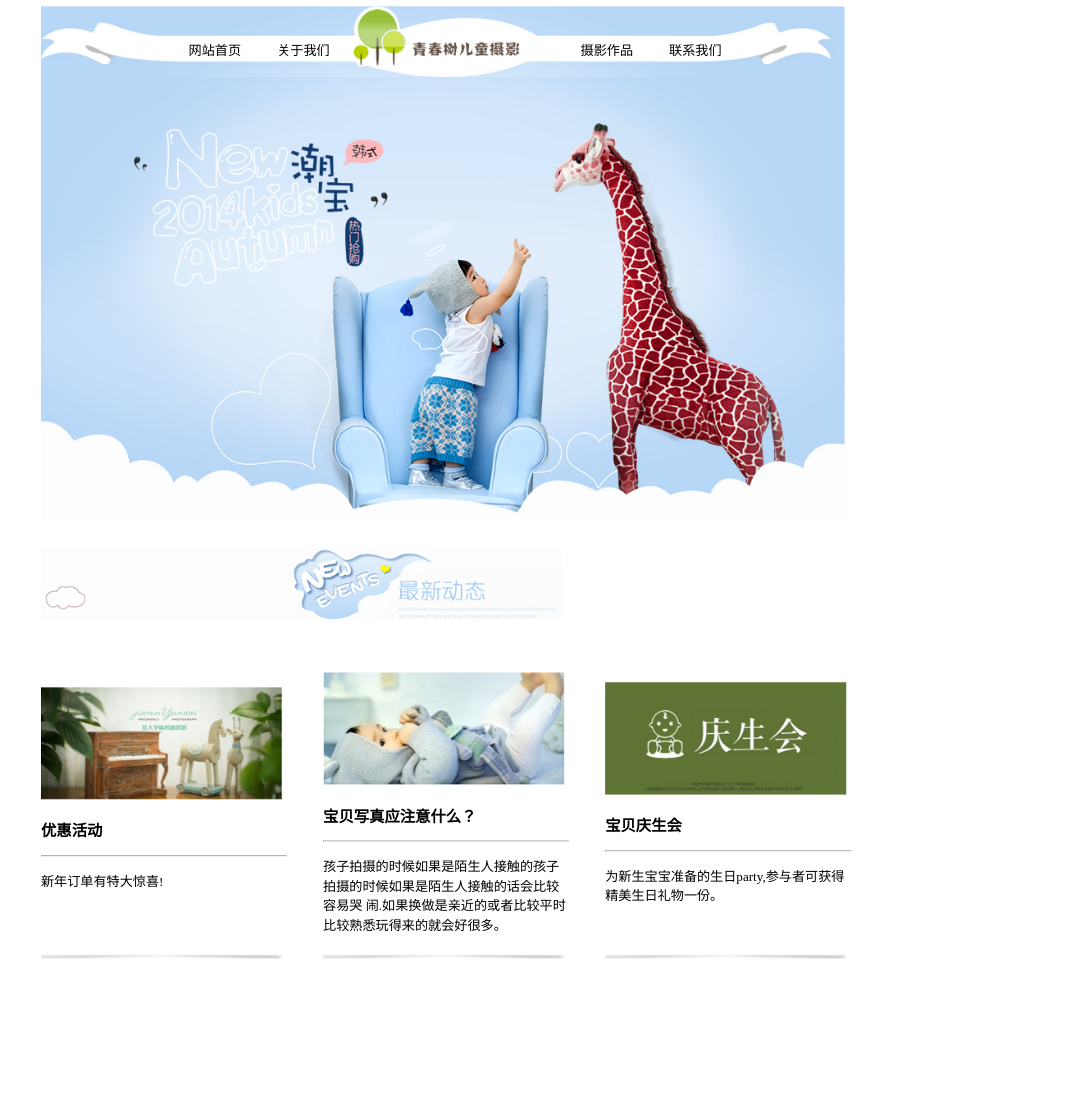
Repository: kxl666/kxl-Html
Page: 05.1.第五节任务(儿童摄影网)/index.html
The author's editor kept a copy of each file at every save. The page is drawn from the files as they stood at one save, then again after the next save.
The browser window is 1280 px wide. The page is 1330 px wide, so the pictures cover 1330 px, including what lies to the right of the window. The pictures show the whole page, at 82% of full size.

Above is the page before, as saved 2021-09-16 22:18:48.

After the next save:
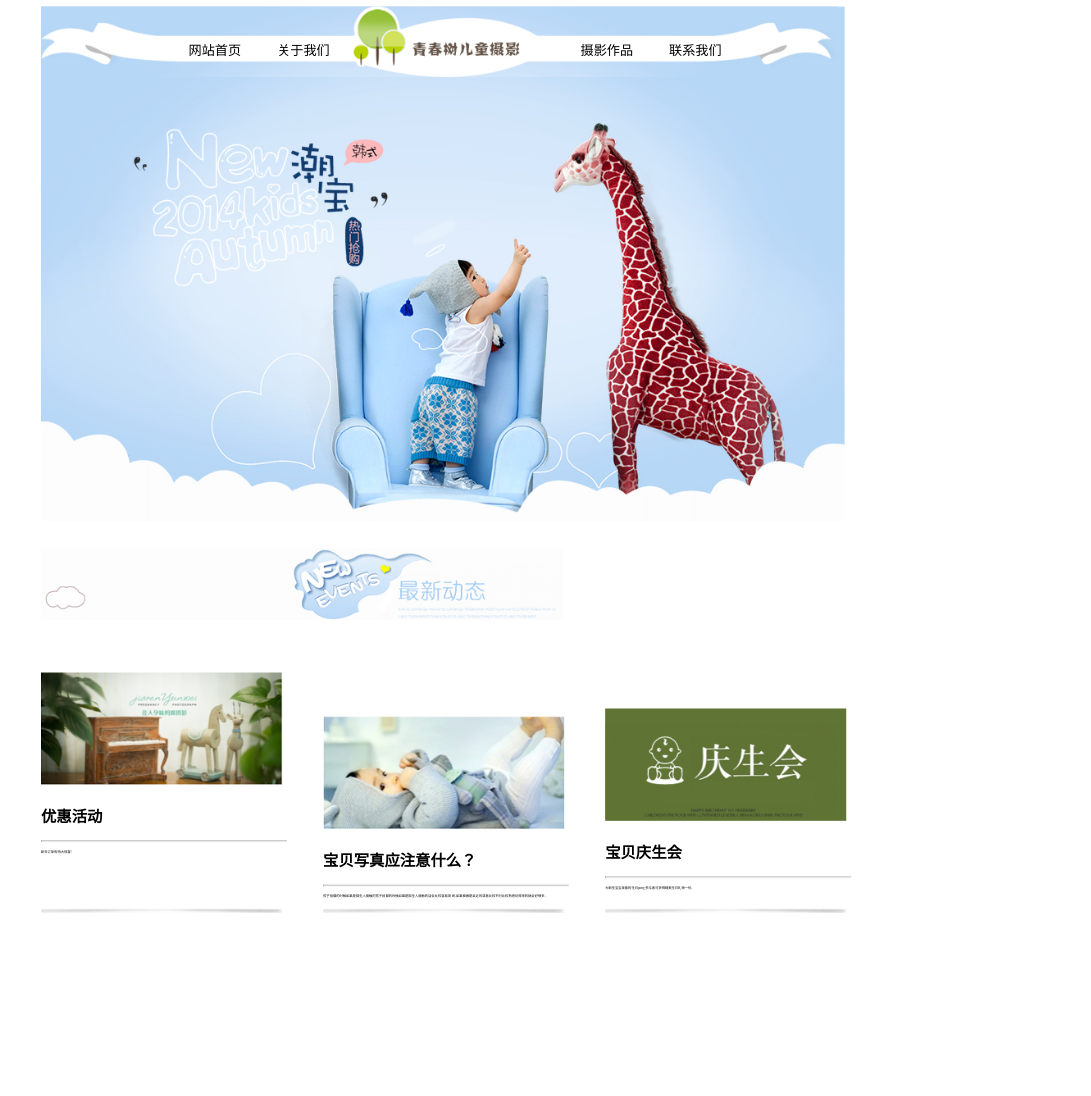
Saved 22 s later.
--- a/05.1.第五节任务(儿童摄影网)/style.css
+++ b/05.1.第五节任务(儿童摄影网)/style.css
@@ -62,4 +62,5 @@
 
 .dt p {
     font-family: "微软雅黑";
+    font-size: 4px;
 }

After the save that followed:
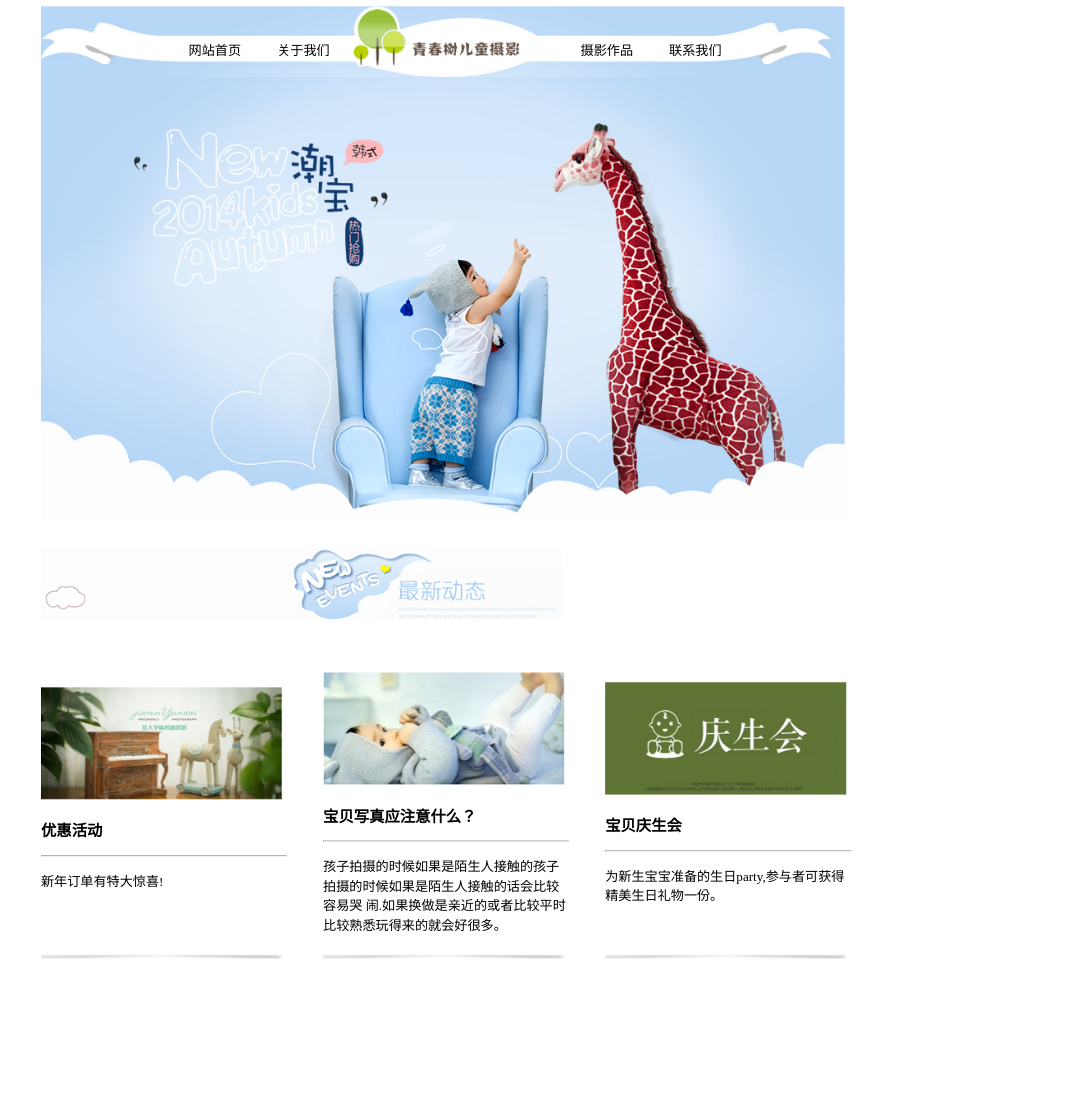
Saved 10 s later.
--- a/05.1.第五节任务(儿童摄影网)/style.css
+++ b/05.1.第五节任务(儿童摄影网)/style.css
@@ -62,5 +62,5 @@
 
 .dt p {
     font-family: "微软雅黑";
-    font-size: 4px;
+
 }
